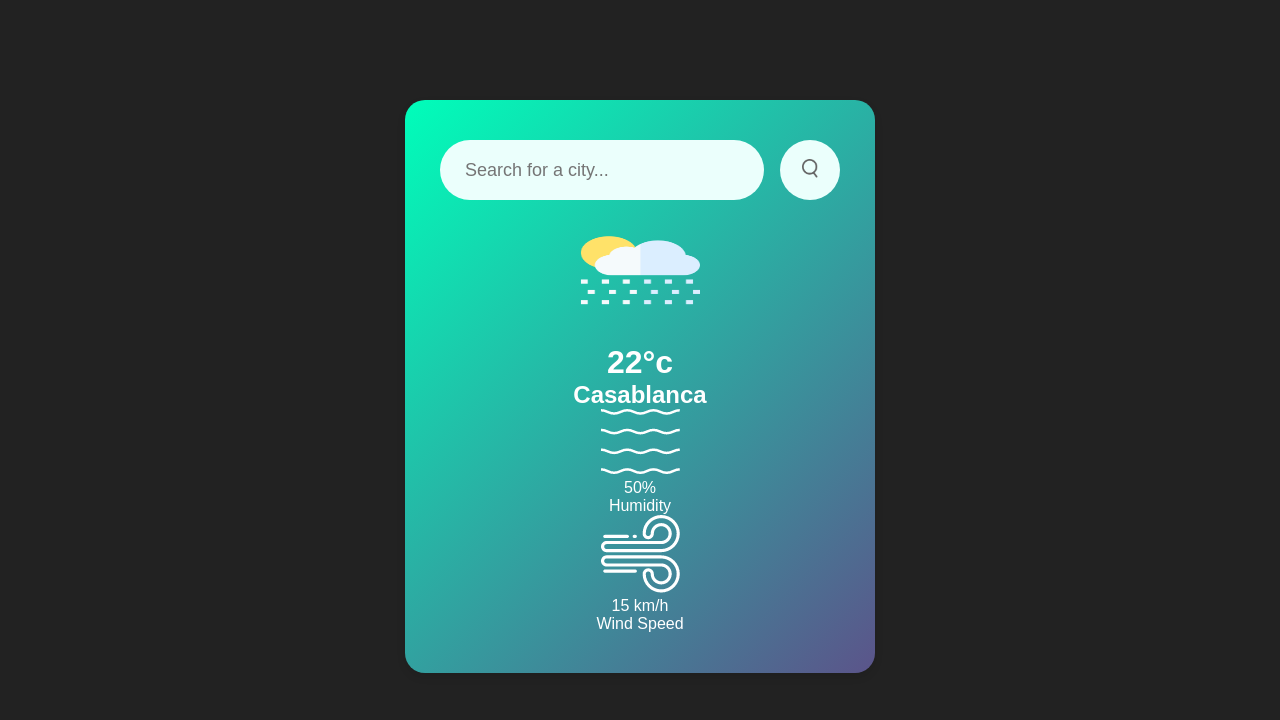
Repository: Abdelilah-Lakrim/Weather-App
Page: index.html
An editor plug-in stored every save of this project. The page is shown before and after a run of saves, followed by the edit.
The browser window is 1280 px wide. The pictures show the whole page.

Above is the page before, as saved 2025-06-17 11:15:36.

### index.html
<!DOCTYPE html>
<html>
<head>
    <meta charset="UTF-8" />
    <title>Weather App</title>
    <link rel="stylesheet" href="style.css" >
</head>
<body>

    <div class="card">
        <div class="search">
            <input type="text" placeholder="Search for a city..." spellcheck="false" />
            <button><img src="images/search.png"></button>
        </div>
        <div class="weather">
            <img src="images/rain.png" class="weather-icon">
            <h1 class="temp">22°c</h1>
            <h2 class="city">Casablanca</h2>
            <div class="details">
                <div class="col">
                    <img src="images/humidity.png">
                    <div>
                        <p class="humidity">50%</p>
                        <p>Humidity</p>
                    </div>
                </div>
                <div class="col">
                    <img src="images/wind.png">
                    <div>
                        <p class="wind">15 km/h</p>
                        <p>Wind Speed</p>
                    </div>
                </div>
            </div>
        </div>
    </div>

</body>
</html>

### style.css
*{
    margin: 0;
    padding: 0;
    font-family: 'Poppins', sans-serif;
    box-sizing: border-box;
}
body{
    background-color: #222;
    color: #333;
}
.card{
    width: 90%;
    max-width: 470px;
    background: linear-gradient(135deg, #00feba, #5b548a);
    color: #fff;
    margin: 100px auto  0;
    padding: 40px 35px;
    border-radius: 20px;
    box-shadow: 0 4px 8px rgba(0, 0, 0, 0.1);
    overflow: hidden;
    position: relative;
    text-align: center;
}
.search{
    width: 100%;
    display: flex;
    align-items: center;
    justify-content: space-between;
}

.search input{
    border: 0;
    outline: 0;
    background: #ebfffc;
    color: #333;
    padding: 10px 25px;
    height: 60px;
    border-radius: 30px;
    flex: 1;
    margin-right: 16px;
    font-size: 18px;
}

.search button{
    border: 0;
    outline: 0;
    background: #ebfffc;
    height: 60px;
    width: 60px;
    border-radius: 50px;
    cursor: pointer;
}
.search button img{
    width: 16px;
}

.weather-icon{
    width: 170px;
    margin-top: ;
    height: 100px;
    margin: 20px auto;
}

After the next 2 saves:
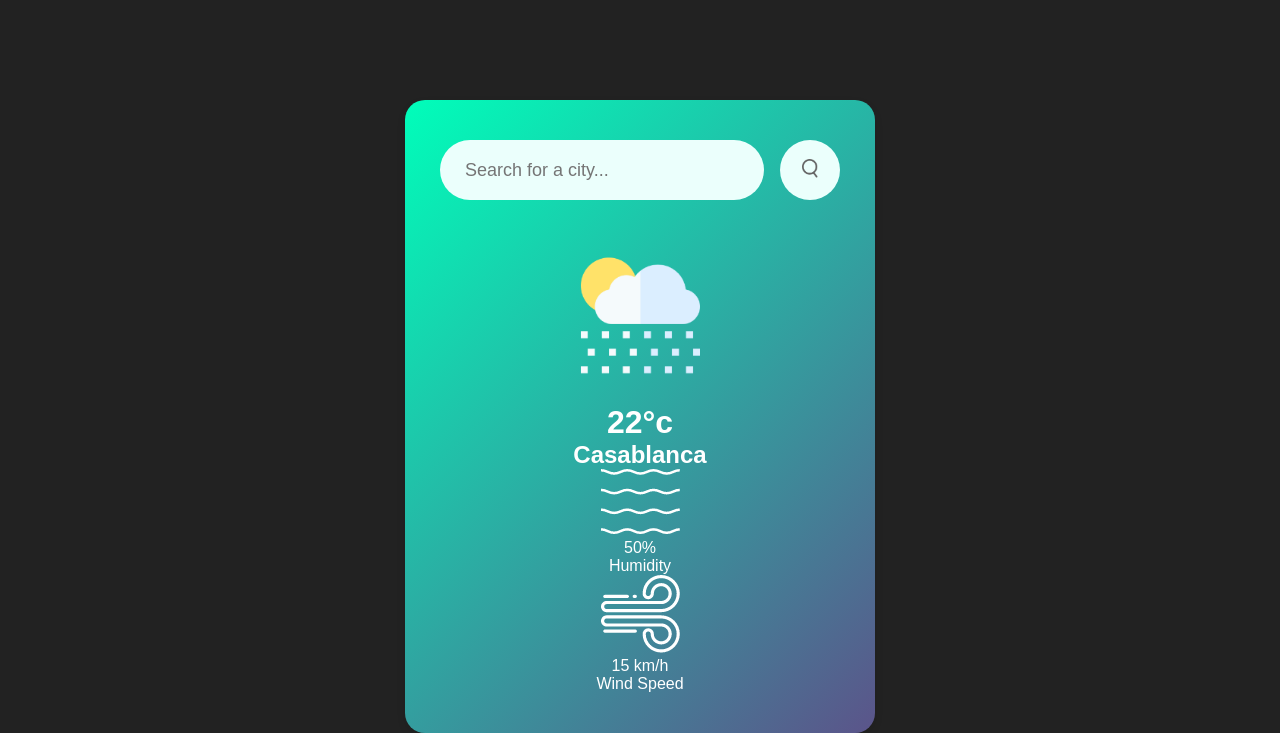
The 2 saves are shown as one change because they came seconds apart.
The last was saved 9 s later.
--- a/style.css
+++ b/style.css
@@ -56,7 +56,6 @@ body{
 
 .weather-icon{
     width: 170px;
-    margin-top: ;
-    height: 100px;
-    margin: 20px auto;
+    margin-top: 30px;
+
 }
